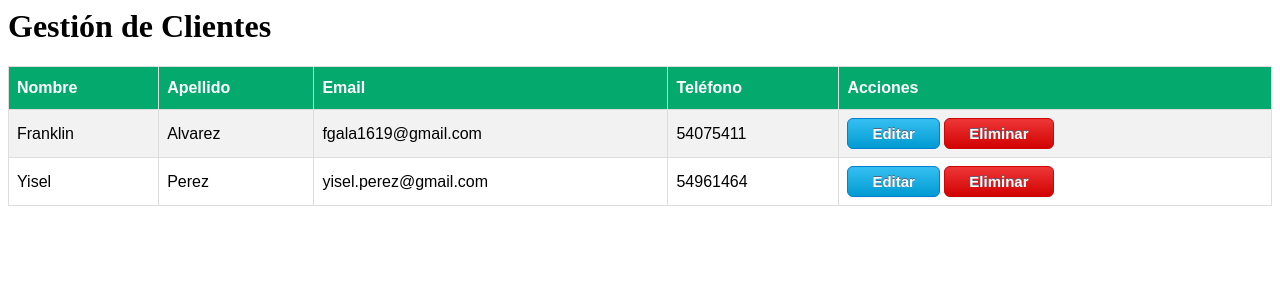
Repository: fgala1619/frontSistGestionBank
Page: index.html
An editor plug-in stored every save of this project. The page is shown before and after the next save, followed by the edit.
The browser window is 1280 px wide. The pictures show the whole page.

Above is the page before, as saved 2023-07-08 23:08:59.

After the next save:
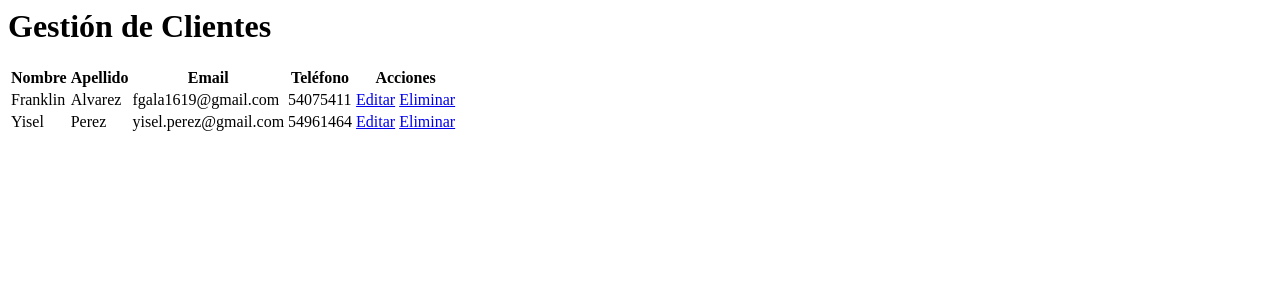
Saved 16 s later.
--- a/index.html
+++ b/index.html
@@ -31,77 +31,3 @@
         </td>
     </tr>
 </table>
-
-<style>
-    #customers {
-        font-family: Arial, Helvetica, sans-serif;
-        border-collapse: collapse;
-        width: 100%;
-    }
-
-    #customers td, #customers th {
-        border: 1px solid #ddd;
-        padding: 8px;
-    }
-
-    #customers tr:nth-child(even){background-color: #f2f2f2;}
-    #customers tr:hover{background-color:#ddd;}
-
-    #customers th{
-        padding-top: 12px;
-        padding-bottom: 12px;
-        text-align: left;
-        background-color: #04AA6D;
-        color: white;
-    }
-
-    .myButton{
-        box-shadow: 0px 1px 0px 0px #f0f7fa;
-        background: linear-gradient(to bottom, #33bdef 5%, #019ad2 100%);
-        background-color:#33bdef;
-        border-radius: 6px;
-        border: 1px solid #057fd0;
-        display: inline-block;
-        cursor: pointer;
-        color: #ffffff;
-        font-family: Arial;
-        font-size: 15px;
-        font-weight: bold;
-        padding: 6px 24px;
-        text-decoration: none;
-        text-shadow: 0px -1px 0px #5b6178;
-    }
-    .myButton:hover{
-        background: linear-gradient(to bottom, #019ad2 5%, #33bdef 100%);
-        background-color:#019ad2;
-    }
-    .myButton:active{
-        position: relative;
-        top: 1px;
-    }
-
-    .btnDelete{
-        box-shadow: 0px 1px 0px 0px #f0f7fa;
-        background: linear-gradient(to bottom, #ed3434 5%, #d10202 100%);
-        background-color:#ed3434;
-        border-radius: 6px;
-        border: 1px solid #cf0606;
-        display: inline-block;
-        cursor: pointer;
-        color: #ffffff;
-        font-family: Arial;
-        font-size: 15px;
-        font-weight: bold;
-        padding: 6px 24px;
-        text-decoration: none;
-        text-shadow: 0px -1px 0px #5b6178;
-    }
-    .btnDelete:hover{
-        background: linear-gradient(to bottom, #d10202 5%, #ed3434 100%);
-        background-color:#d10202;
-    }
-    .btnDelete:active{
-        position: relative;
-        top: 1px;
-    }
-</style>

After the save that followed:
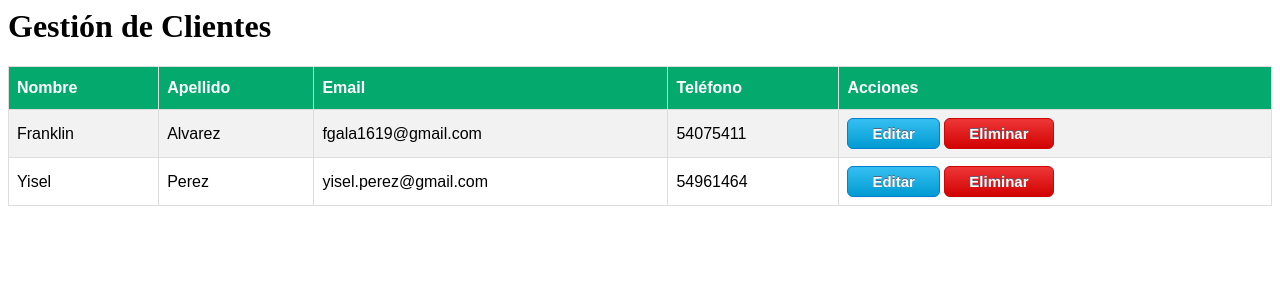
Saved 2 min 58 s later.
--- a/index.html
+++ b/index.html
@@ -1,3 +1,5 @@
+<link rel="stylesheet" href="style.css" />
+
 <h1>Gestión de Clientes</h1>
 
 <table id="customers">
